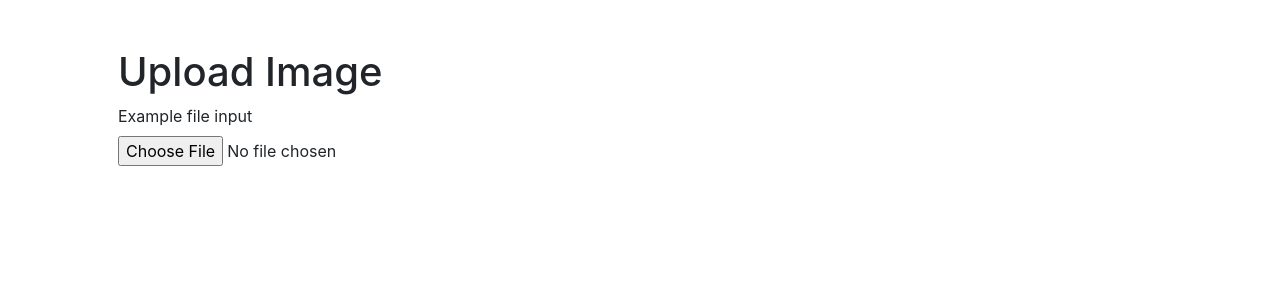
Repository: GovindParve/spring_mvc_maven_search_project
Page: http://localhost/springmvcsearch/fileform
An editor plug-in stored every save of this project. The page is shown before and after the next save, followed by the edit.
The browser window is 1280 px wide. The pictures show the whole page.
Some web libraries are served in a nearby version. The page is served by Tomcat 9.

Above is the page before, as saved 2023-06-18 13:52:03.

After the next save:
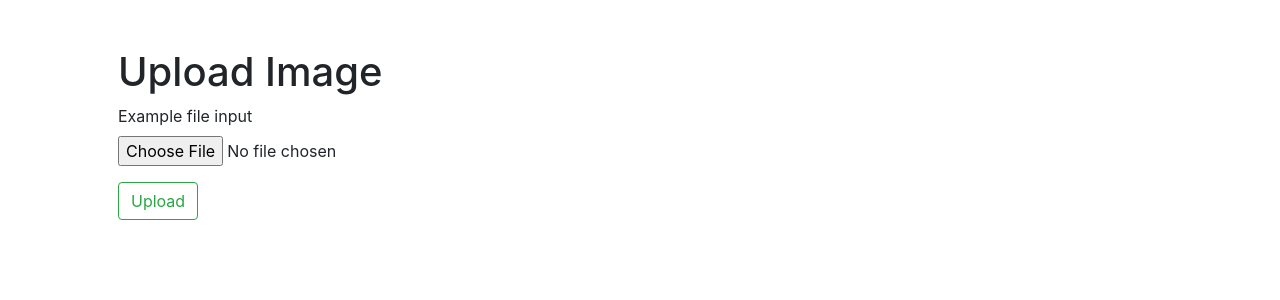
Saved 53 s later.
--- a/springmvcsearch/src/main/webapp/WEB-INF/views/fileform.jsp
+++ b/springmvcsearch/src/main/webapp/WEB-INF/views/fileform.jsp
@@ -14,10 +14,12 @@
   	<div class="container p-5">
   		<h1>Upload Image</h1>
   		<form>
-  		<div class="form-group">
+  			<div class="form-group">
     			<label for="exampleFormControlFile1">Example file input</label>
     			<input type="file" class="form-control-file" id="exampleFormControlFile1">
     		</div>
+
+    		<button class="btn btn-outline-success">Upload</button>
 		</form>
   	</div>
 
